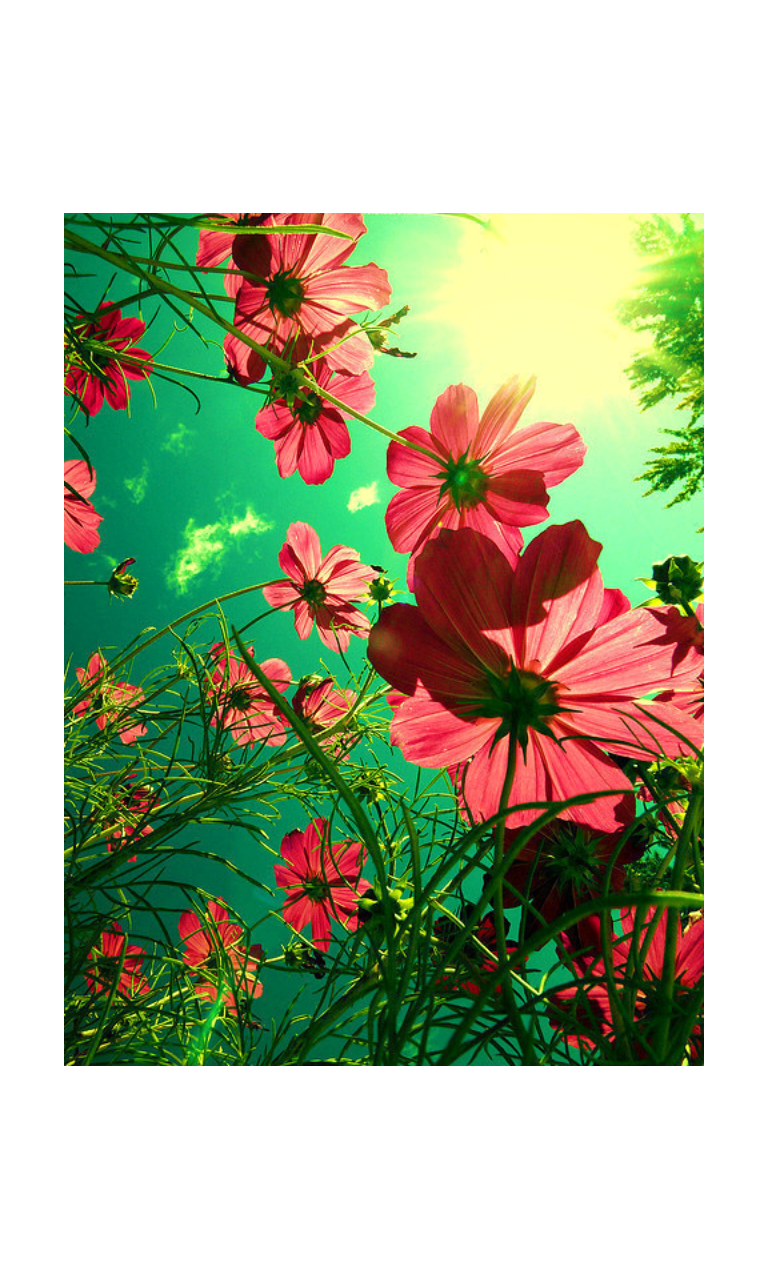
Repository: runnerfish/BAnim
Layout: MyDemo/res/layout/activity_splash_rotate.xml
The author's editor kept a copy of each file at every save. The layout is drawn from the files as they stood at one save, then again after the next save.
It is drawn on a 768 x 1280 px phone screen (xhdpi) without system bars, with theme AppTheme; the app's code is not run.

Above is the layout before, as saved 2014-08-14 16:00:28.

### MyDemo/res/layout/activity_splash_rotate.xml
<RelativeLayout xmlns:android="http://schemas.android.com/apk/res/android"
    android:layout_width="match_parent"
    android:layout_height="match_parent"
    android:background="@android:color/white"
    android:gravity="center" >

    <FrameLayout
        android:id="@+id/container"
        android:layout_width="match_parent"
        android:layout_height="wrap_content"
        android:gravity="center" >

        <RelativeLayout
            android:id="@+id/rl_layout01"
            android:layout_width="match_parent"
            android:layout_height="wrap_content"
            android:gravity="center">

            <ImageView
                android:layout_width="wrap_content"
                android:layout_height="wrap_content"
                android:layout_gravity="center"
                android:scaleType="matrix"
                android:src="@drawable/bg1" >
            </ImageView>
        </RelativeLayout>

        <RelativeLayout
            android:id="@+id/rl_layout02"
            android:layout_width="match_parent"
            android:layout_height="wrap_content"
            android:gravity="center"
            android:visibility="gone">

            <ImageView
                android:layout_width="wrap_content"
                android:layout_height="wrap_content"
                android:layout_gravity="center"
                android:scaleType="matrix"
                android:src="@drawable/bg2" >
            </ImageView>
        </RelativeLayout>
    </FrameLayout>

</RelativeLayout>

Loaded but not shown: MyDemo/res/values/styles.xml (common file); MyDemo/res/values-v11/styles.xml (common file); MyDemo/res/values-v14/styles.xml (common file)

After the next save:
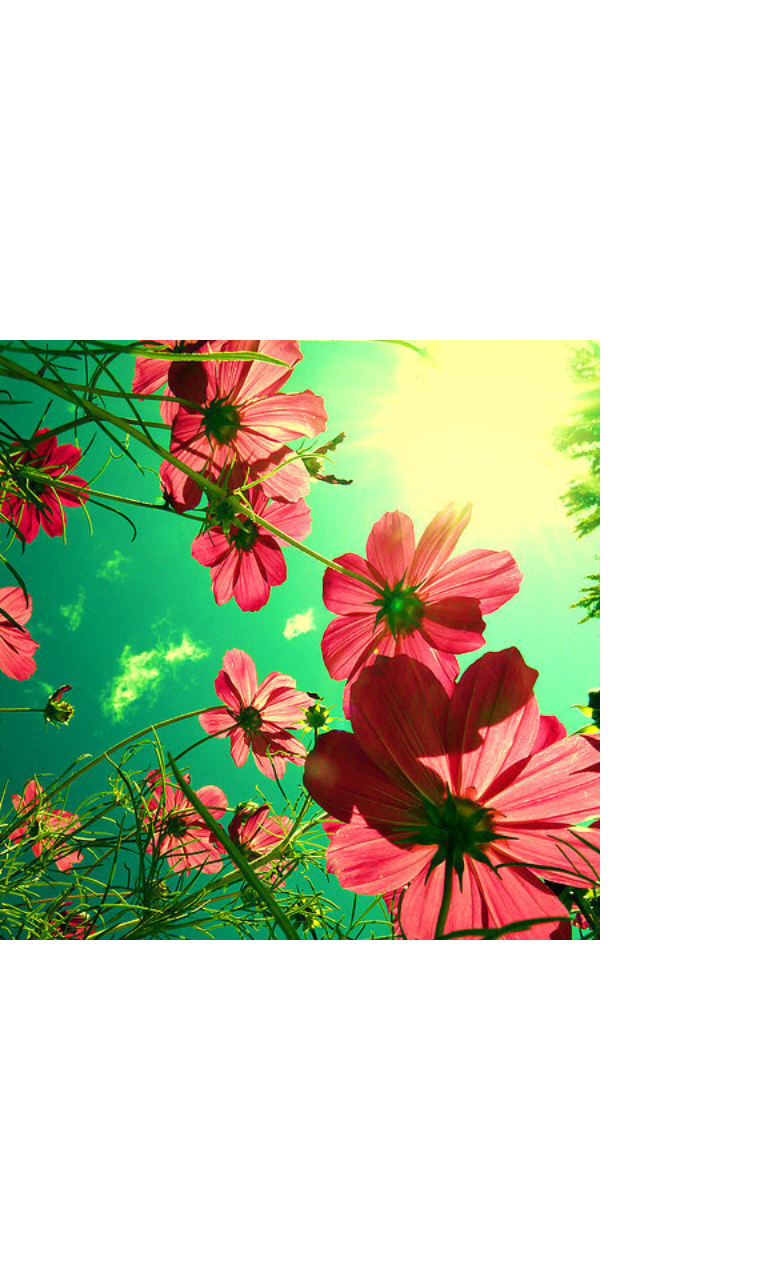
Saved 2 min 34 s later.
--- a/MyDemo/res/layout/activity_splash_rotate.xml
+++ b/MyDemo/res/layout/activity_splash_rotate.xml
@@ -12,8 +12,8 @@
 
         <RelativeLayout
             android:id="@+id/rl_layout01"
-            android:layout_width="match_parent"
-            android:layout_height="wrap_content"
+            android:layout_width="300dp"
+            android:layout_height="300dp"
             android:gravity="center">
 
             <ImageView
